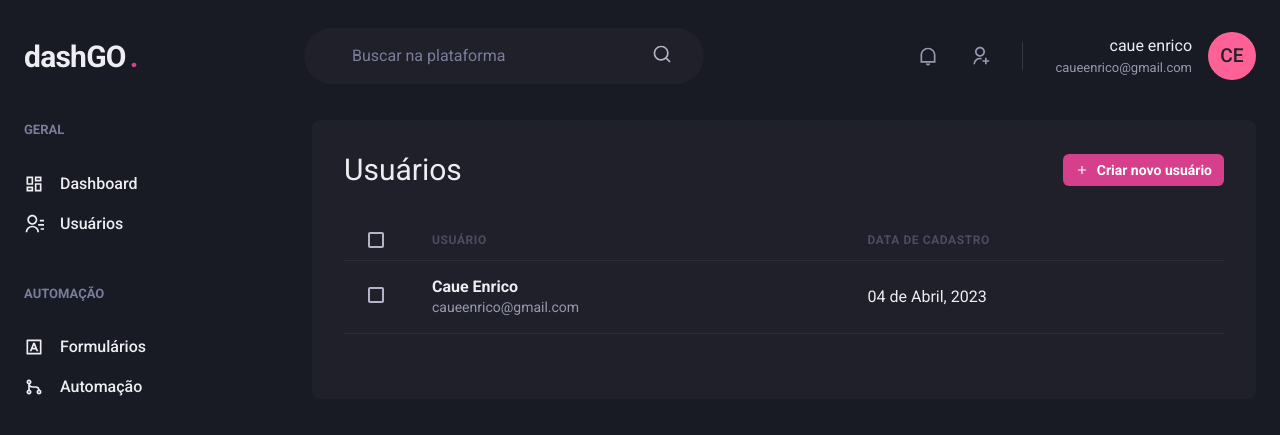
Repository: caueenrico/DashGO
Page: /user
An editor plug-in stored every save of this project. The page is shown before and after the next save, followed by the edit.
The browser window is 1280 px wide. The pictures show the whole page.
The project was rebuilt for these pictures with package versions that can differ from the ones it lists, and the page was loaded fresh each time. The framework's server and built-in components were replaced by stand-ins that run in the browser. Also part of the build but not shown: next.config.js.

Above is the page before, as saved 2023-03-15 10:56:23.

After the next save:
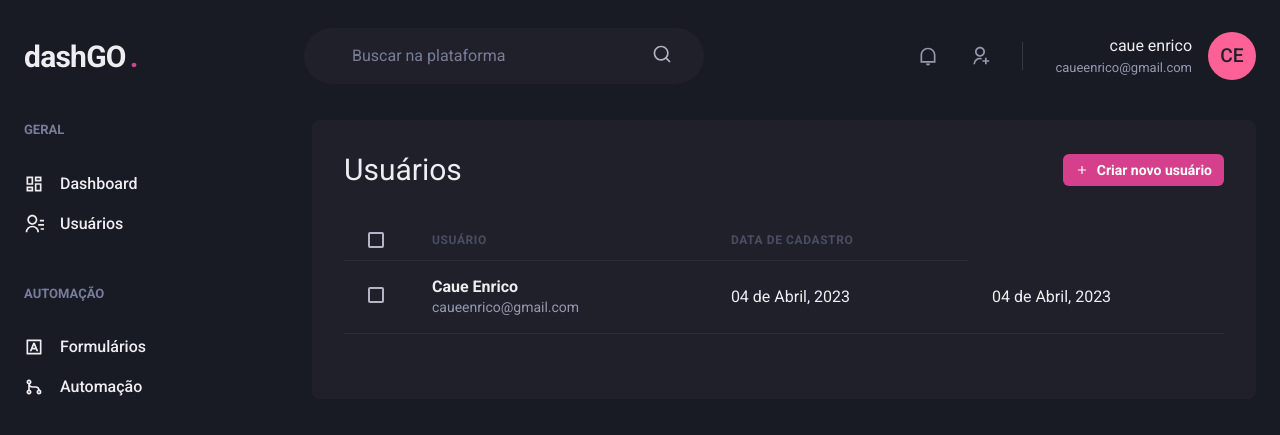
Saved 33 s later.
--- a/src/pages/user/index.tsx
+++ b/src/pages/user/index.tsx
@@ -47,6 +47,7 @@ export default function UserList() {
                   </Box>
                 </Td>
                 <Td>04 de Abril, 2023</Td>
+                <Td>04 de Abril, 2023</Td>
               </Tr>
             </Tbody>
 
